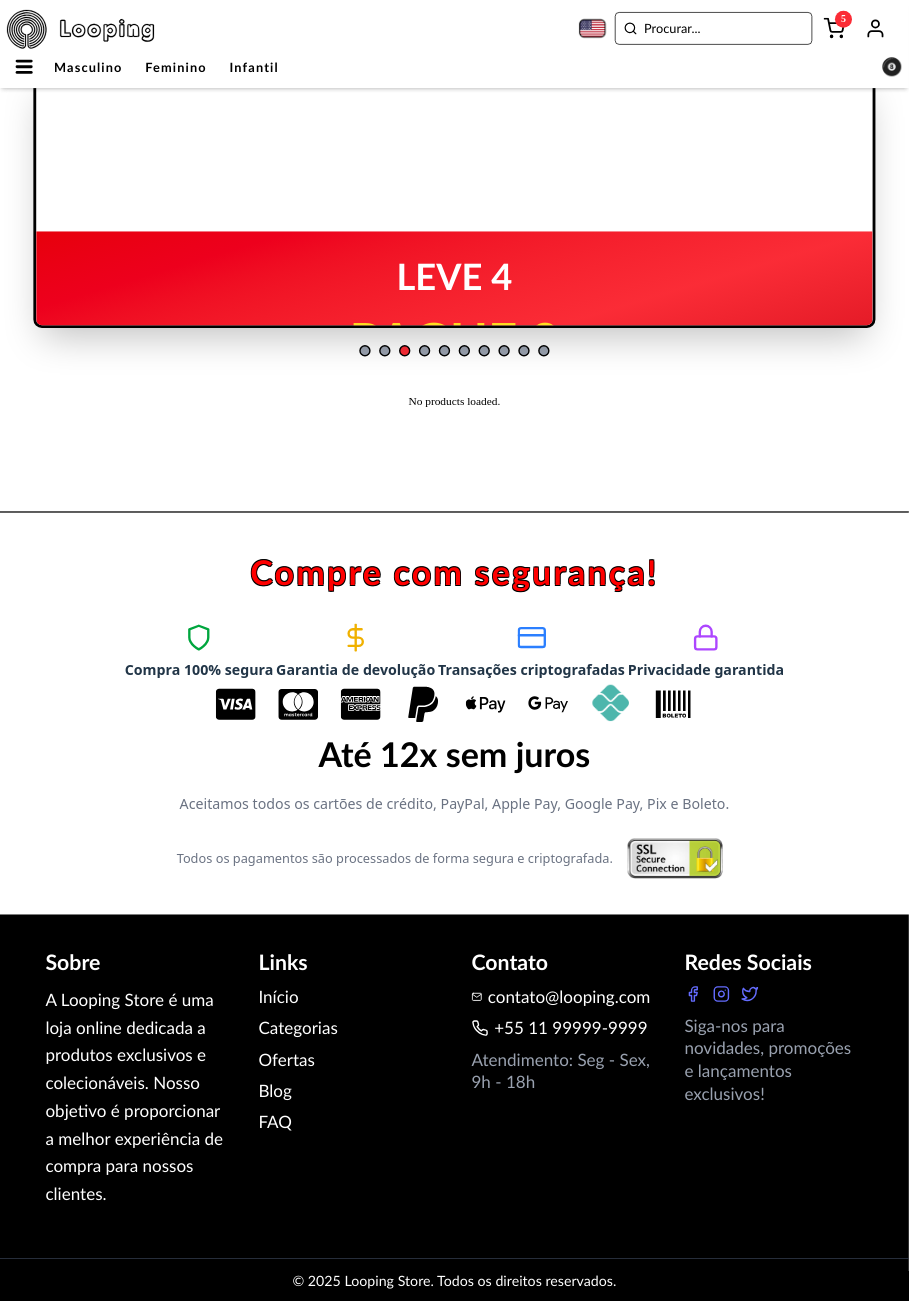
Repository: Kevin-Pro-Codes/looping-e-commerce
Page: / (app in looping-client/), after clicking the first element matching `div.justify-center > :nth-child(3)`
These files come from the project's save history. The page is drawn as it stood at one moment and after the next save; the edit follows.
The browser window is 1280 px wide. The pictures show the whole page, at 71% of full size.
The page's requests for data from a server got no answer. The project was rebuilt for these pictures with package versions that can differ from the ones it lists, and the page was loaded fresh each time. No one was signed in, and anything a server would have sent is missing. Also part of the build but not shown: looping-client/vite.config.js, looping-client/src/components/profile/SharedComponents.jsx, looping-client/src/components/profile/ProfileTab.jsx, looping-client/src/components/profile/AddressesTab.jsx, looping-client/src/components/profile/OrdersTab.jsx, looping-client/src/components/profile/WishlistTab.jsx, looping-client/src/components/profile/CartTab.jsx, looping-client/src/components/profile/CouponsTab.jsx and 22 more.

Above is the page before, as saved 2025-11-08 14:11:39.

After the next save:
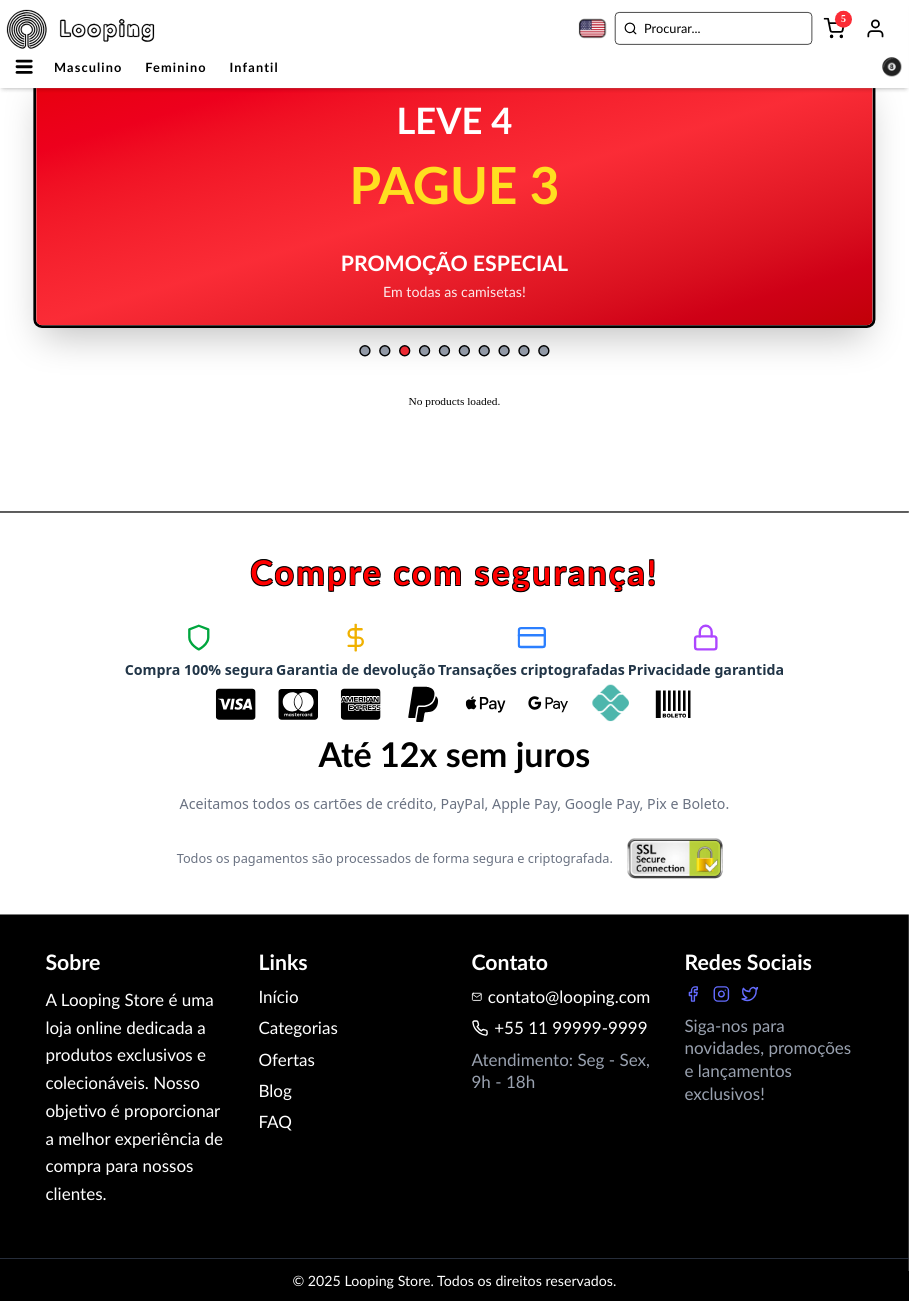
Saved 4 s later.
--- a/looping-client/src/components/Home.jsx
+++ b/looping-client/src/components/Home.jsx
@@ -148,7 +148,7 @@ function App() {
 
             {/* Banner Content */}
             {currentBanner === 2 ? ( // "Leve 4 Pague 3" Promo Banner - CALIBRI
-              <div className="absolute inset-0 w-full h-full bg-gradient-to-br from-red-600 via-red-500 to-red-700 flex items-center justify-center mt-55">
+              <div className="absolute inset-0 w-full h-full bg-gradient-to-br from-red-600 via-red-500 to-red-700 flex items-center justify-center">
                 <div className="relative flex flex-col items-center justify-center w-full h-full p-4 sm:p-6 md:p-8">
                   {/* Main Promo Text */}
                   <div className="text-center mb-4 sm:mb-6 md:mb-8">
